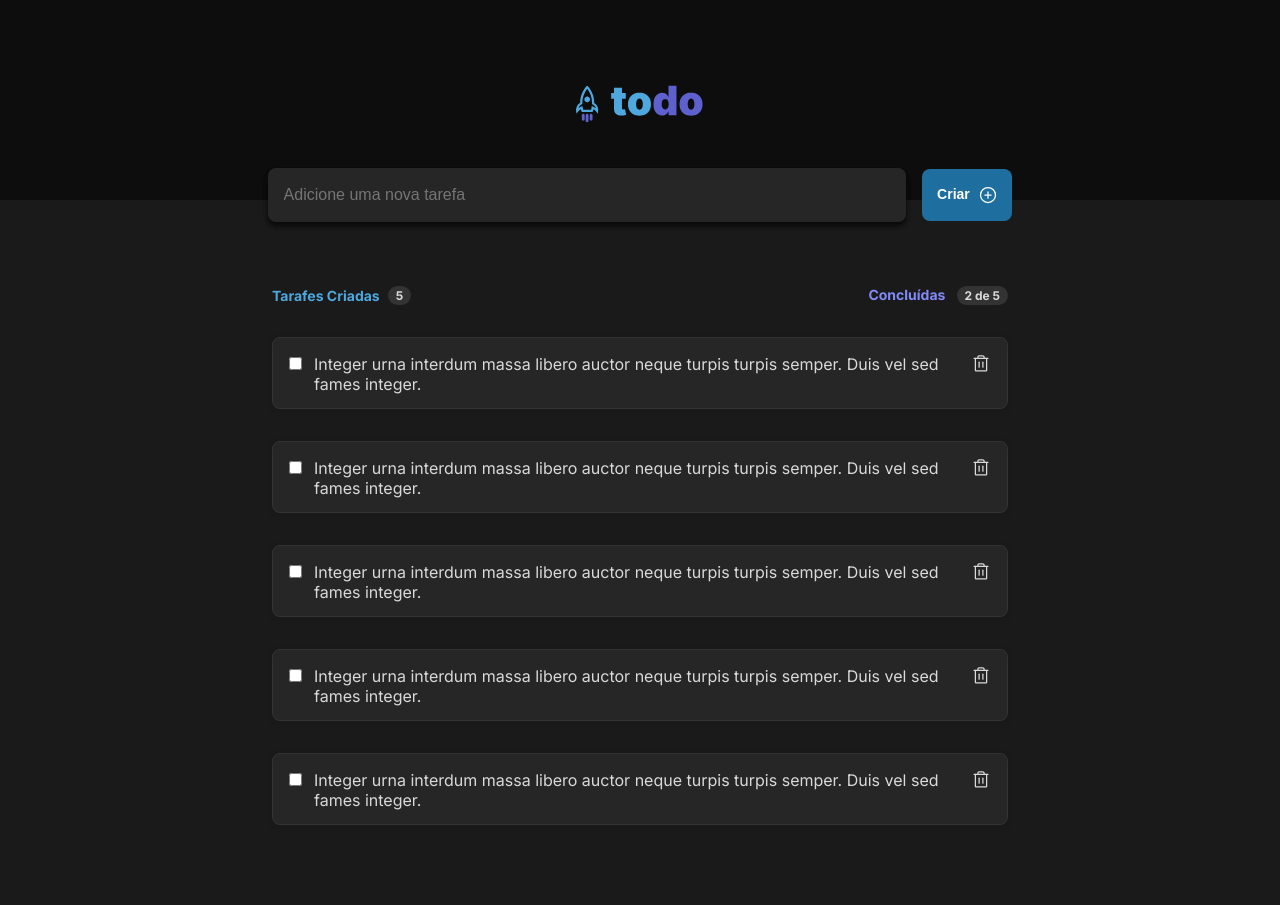
Repository: guilhermecardoso93/todolistreact
Page: /
An editor plug-in stored every save of this project. The page is shown before and after the next save, followed by the edit.
The browser window is 1280 px wide. The pictures show the whole page.
The project was rebuilt for these pictures with package versions that can differ from the ones it lists, and the page was loaded fresh each time. Also part of the build but not shown: vite.config.ts.

Above is the page before, as saved 2022-07-02 20:56:38.

After the next save:
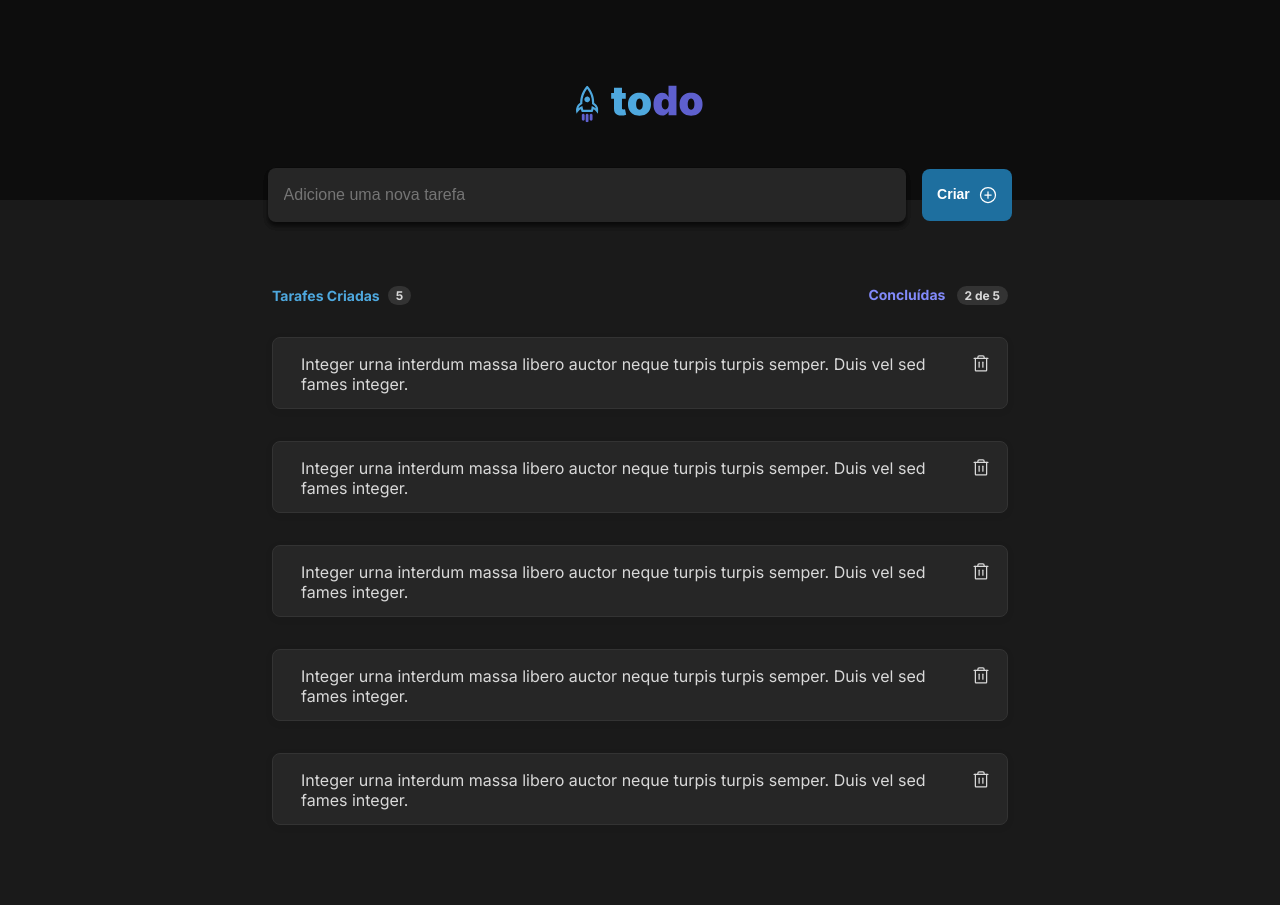
Saved 14 s later.
--- a/src/TasksList.module.css
+++ b/src/TasksList.module.css
@@ -45,3 +45,11 @@
   -ms-user-select: none;
   user-select: none;
 }
+
+.container input {
+  position: absolute;
+  opacity: 0;
+  cursor: pointer;
+  height: 0;
+  width: 0;
+}
